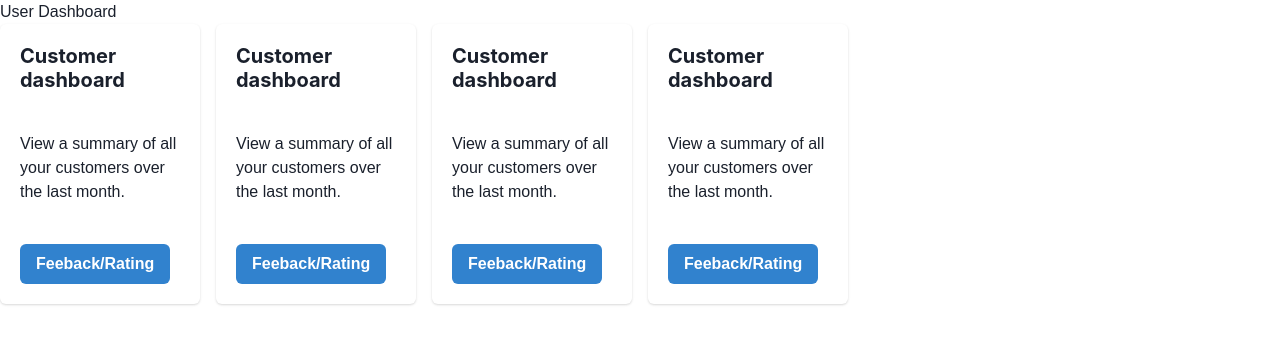
Repository: Junaidify/Event-Management-System
Page: /events (app in Frontend/)
The author's editor kept a copy of each file at every save. The page is drawn from the files as they stood at one save, then again after the next save.
The browser window is 1280 px wide. The pictures show the whole page.
The project was rebuilt for these pictures with package versions that can differ from the ones it lists, and the page was loaded fresh each time. Requests to the local data server were answered from the project's data file. Also part of the build but not shown: Frontend/vite.config.js, Frontend/src/hooks/postEvent.js, Frontend/src/admin/EventCreate.jsx, Frontend/src/hooks/login.js, Frontend/src/admin/Login.jsx, Frontend/src/admin/FeedbackRating.jsx.

Above is the page before, as saved 2024-08-17 18:35:51.

### Frontend/src/main.jsx
import { createRoot } from "react-dom/client";
import App from "./App.jsx";
import { store } from "./redux/store.js";
import { Provider } from "react-redux";
import { BrowserRouter } from "react-router-dom";
import { ChakraProvider } from "@chakra-ui/react";

createRoot(document.getElementById("root")).render(
  <ChakraProvider>
    <BrowserRouter>
      <Provider store={store}>
        <App />
      </Provider>
    </BrowserRouter>
  </ChakraProvider>
);

### Frontend/src/App.jsx
import "./App.css";
import EventCreate from "./admin/EventCreate";
import Login from "./admin/Login";
import { Routes, Route } from "react-router-dom";
import UserDashboard from "./user/userDashboard";

function App() {
  return (
    <>
      <Routes>
        <Route path="/" element={<Login />} />
        <Route path="/admin/" element={<Login />} />
        <Route path="/admin/*" element={<EventCreate />} />
        <Route path="/events" element={<UserDashboard />} />
      </Routes>
    </>
  );
}

export default App;

### Frontend/src/redux/store.js
import { legacy_createStore, combineReducers, applyMiddleware } from "redux";
import { thunk } from "redux-thunk";
import { fetchReducer } from "./fetchReducer";

const rootReducer = combineReducers({
  fetch: fetchReducer,
});

export const store = legacy_createStore(rootReducer, applyMiddleware(thunk));

### Frontend/src/user/userDashboard.jsx
import {} from "react";
import { useSelector } from "react-redux";
import { useFetch } from "../hooks/useFetch";
import {
  Card,
  CardHeader,
  CardBody,
  CardFooter,
  Heading,
  Button,
  Text,
  SimpleGrid,
} from "@chakra-ui/react";
import FeedbackRating from "../admin/FeedbackRating";

const UserDashboard = () => {
  useFetch();
  const getEvents = useSelector((state) => state.fetch.data);

  const handleEventClick = (event) => {
    return <FeedbackRating eventId={event.id} />;
  };

  return (
    <div>
      <h1>User Dashboard</h1>
      <SimpleGrid
        spacing={4}
        templateColumns="repeat(auto-fill, minmax(200px, 1fr))"
      >
        {getEvents.map((event) => (
          <Card key={event.id}>
            <CardHeader>
              <Heading size="md"> Customer dashboard</Heading>
            </CardHeader>
            <CardBody>
              <Text>
                View a summary of all your customers over the last month.
              </Text>
            </CardBody>
            <CardFooter>
              <Button
                colorScheme="blue"
                onClick={() => handleEventClick(event)}
              >
                Feeback/Rating
              </Button>
            </CardFooter>
          </Card>
        ))}
      </SimpleGrid>
    </div>
  );
};

export default UserDashboard;

### Frontend/src/redux/fetchReducer.js
import { API_FETCH } from "../constant/actionTypesl";
import { initialState } from "../constant/initialState";

export const fetchReducer = (state = initialState, action) => {
  switch (action.type) {
    case API_FETCH.LOADING:
      return {
        ...state,
        loading: true,
      };
    case API_FETCH.SUCCESS:
      return {
        ...state,
        loading: false,
        data: action.payload,
      };
    case API_FETCH.ERROR:
      return {
        ...state,
        loading: false,
        error: action.payload,
      };
    default:
      return state;
  }
};

### Frontend/src/hooks/useFetch.js
import { useEffect } from "react";
import { API_FETCH } from "../constant/actionTypesl";
import axios from "axios";
import { useDispatch } from "react-redux";

export const useFetch = () => {
  const dispatch = useDispatch();

  useEffect(() => {
    const getData = async () => {
      dispatch({ type: API_FETCH.LOADING });

      try {
        const res = await axios.get("http://localhost:3000/events");
        const data = res.data;
        dispatch({ type: API_FETCH.SUCCESS, payload: data });
        console.log(data);
      } catch (err) {
        dispatch({ type: API_FETCH.ERROR, payload: err });
      }
    };

    getData();
  }, []);

  return {};
};

### Frontend/src/constant/actionTypesl.js
export const API_FETCH = {
  SUCCESS: "API_FETCH_SUCCESS",
  LOADING: "API_FETCH_LOADING",
  ERROR: "API_FETCH_ERROR",
};

### Frontend/src/constant/initialState.js
export const initialState = {
  loading: false,
  data: [],
  error: null,
};

### Backend/db.json
{
  "events": [
    {
      "id": "cd3a",
      "name": "afdafdsa",
      "date": "2024-08-17",
      "time": "19:24",
      "location": "delhi",
      "description": "find the attachment"
    },
    {
      "id": "8ae4",
      "name": "afdafdsa",
      "date": "2024-08-17",
      "time": "19:24",
      "location": "delhi",
      "description": "find the attachment"
    },
    {
      "id": "56e9",
      "name": "sdfsgfdsg",
      "date": "2024-08-06",
      "time": "19:31",
      "location": "safdsafd",
      "description": "safdsafas"
    },
    {
      "id": "3cb1",
      "name": "dasfd",
      "date": "2024-08-15",
      "time": "16:34",
      "location": "sdafdsaf",
      "description": "afdsafdsaf"
    }
  ],
  "authentication": [],
  "feedback": []
}

Loaded but not shown: Frontend/index.html (common file); Frontend/src/App.css (common file)

After the next save:
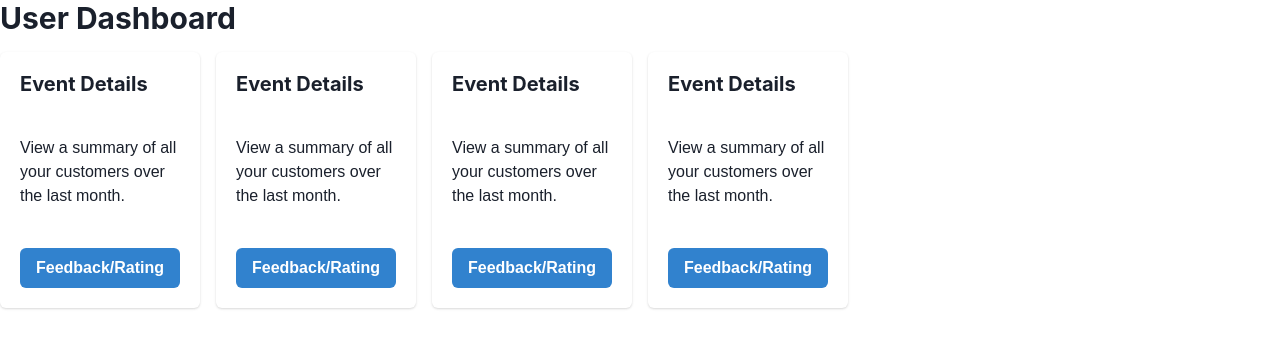
Saved 3 min 41 s later.
--- a/Frontend/src/user/userDashboard.jsx
+++ b/Frontend/src/user/userDashboard.jsx
@@ -1,49 +1,35 @@
-import {} from "react";
+import { useNavigate } from "react-router-dom"; // Import useNavigate
+import { Button, Heading, SimpleGrid, Text, Card, CardHeader, CardBody, CardFooter } from "@chakra-ui/react";
 import { useSelector } from "react-redux";
 import { useFetch } from "../hooks/useFetch";
-import {
-  Card,
-  CardHeader,
-  CardBody,
-  CardFooter,
-  Heading,
-  Button,
-  Text,
-  SimpleGrid,
-} from "@chakra-ui/react";
-import FeedbackRating from "../admin/FeedbackRating";
 
 const UserDashboard = () => {
-  useFetch();
+  const navigate = useNavigate(); // Initialize useNavigate
   const getEvents = useSelector((state) => state.fetch.data);
+  const { data, isLoading, error } = useFetch();
 
-  const handleEventClick = (event) => {
-    return <FeedbackRating eventId={event.id} />;
+  const handleEventClick = (eventId) => {
+    navigate(`/feedback/${eventId}`); // Navigate to FeedbackRating with eventId
   };
+
+  if (isLoading) return <p>Loading...</p>;
+  if (error) return <p>Error: {error.message}</p>;
 
   return (
     <div>
-      <h1>User Dashboard</h1>
-      <SimpleGrid
-        spacing={4}
-        templateColumns="repeat(auto-fill, minmax(200px, 1fr))"
-      >
+      <Heading as="h1" size="lg" mb={4}>User Dashboard</Heading>
+      <SimpleGrid spacing={4} templateColumns="repeat(auto-fill, minmax(200px, 1fr))">
         {getEvents.map((event) => (
           <Card key={event.id}>
             <CardHeader>
-              <Heading size="md"> Customer dashboard</Heading>
+              <Heading size="md">Event Details</Heading>
             </CardHeader>
             <CardBody>
-              <Text>
-                View a summary of all your customers over the last month.
-              </Text>
+              <Text>View a summary of all your customers over the last month.</Text>
             </CardBody>
             <CardFooter>
-              <Button
-                colorScheme="blue"
-                onClick={() => handleEventClick(event)}
-              >
-                Feeback/Rating
+              <Button colorScheme="blue" onClick={() => handleEventClick(event.id)}>
+                Feedback/Rating
               </Button>
             </CardFooter>
           </Card>
